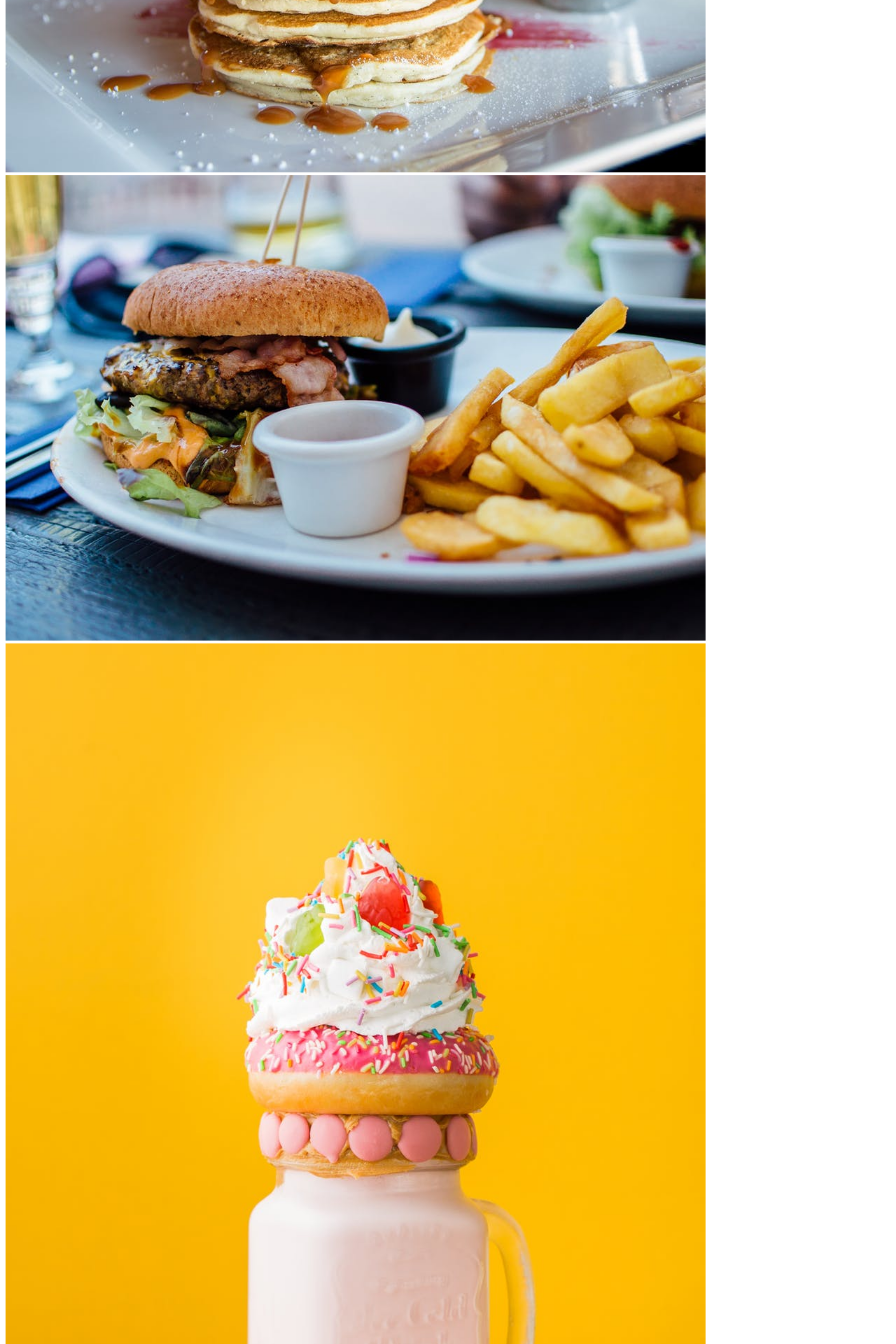
Repository: gligor99/menu-ts-react
Page: /
These files come from the project's save history. The page is drawn as it stood at one moment and after the next save; the edit follows.
The browser window is 1280 px wide. The pictures show the part of the page from y = 373 to 2293 px (the page is 7251 px tall before and 8241 px after), at 70% of full size.
The project was rebuilt for these pictures with package versions that can differ from the ones it lists, and the page was loaded fresh each time.

Above is the page before, as saved 2021-11-24 22:50:59.

After the next save:
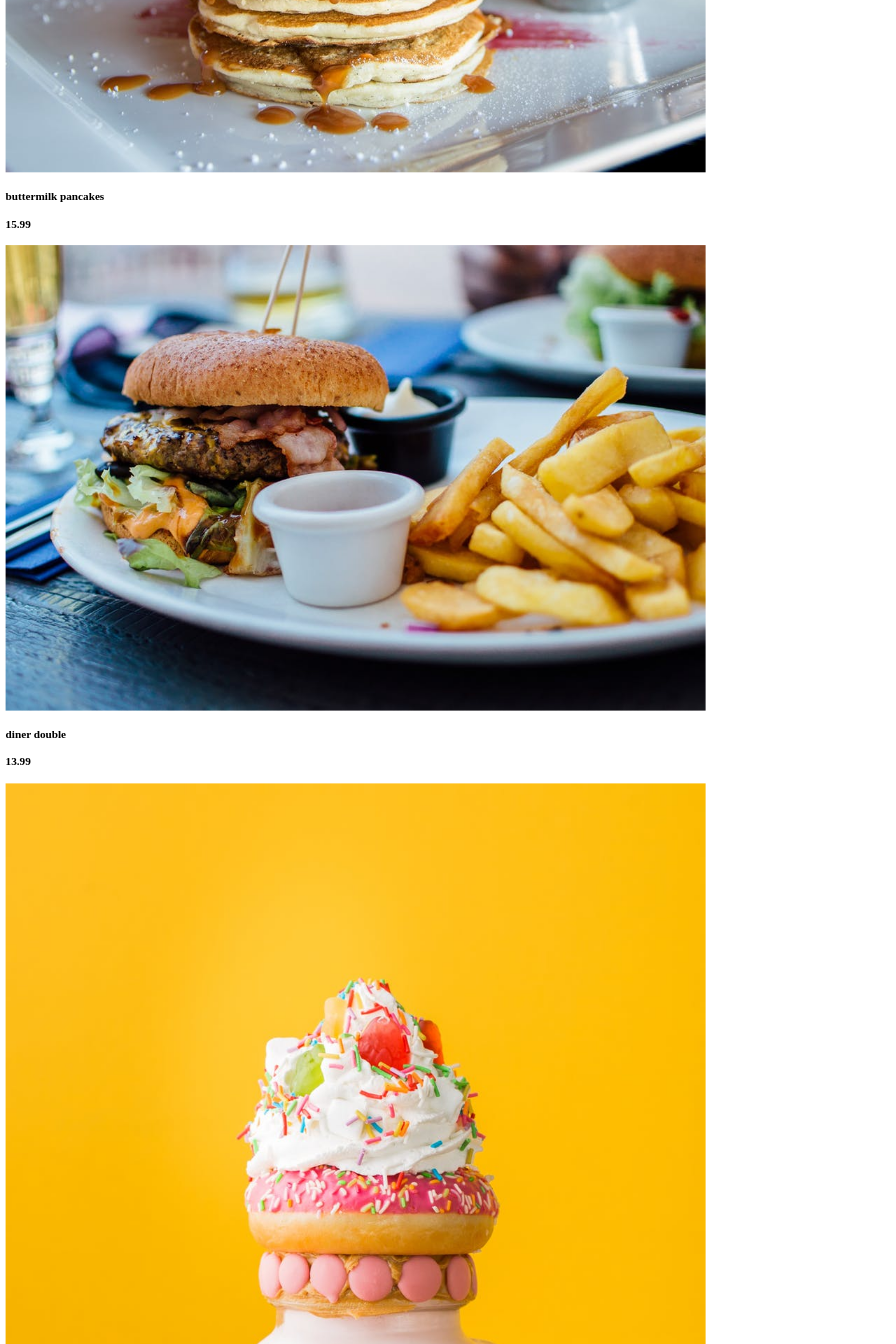
Saved 49 s later.
--- a/src/components/Menu.tsx
+++ b/src/components/Menu.tsx
@@ -14,7 +14,10 @@ const Menu: React.FC<Props> = ({ items }) => {
           <article className="menu-item" key={item.id}>
             <img src={item.img} alt={item.title} />
             <div className="item-info">
-
+                <header>
+                    <h4>{item.title}</h4>
+                    <h4>{item.price}</h4>
+                </header>
             </div>
           </article>
         );
